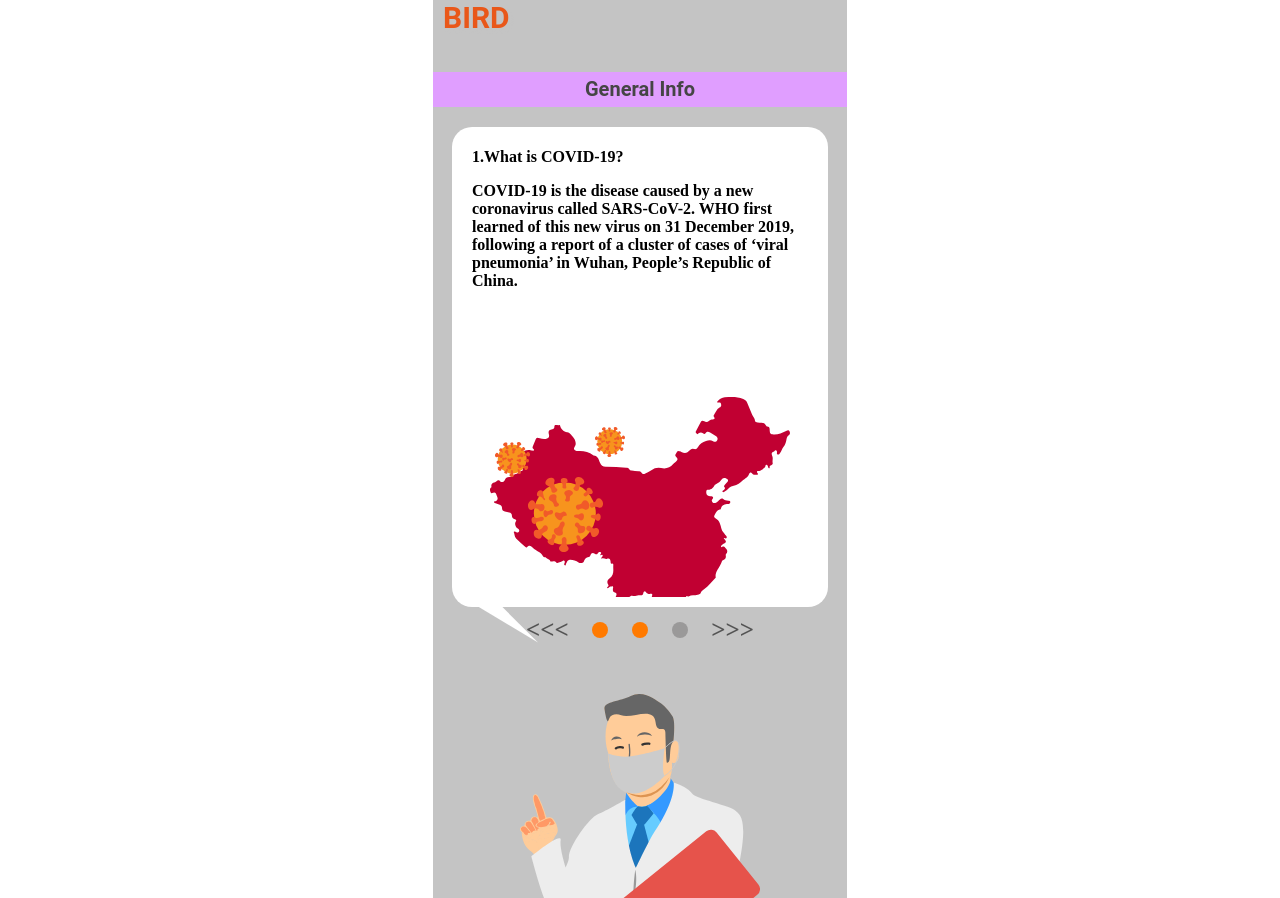
Repository: Levic559/BIRD
Page: General_info-1/1.html
These files come from the project's save history. The page is drawn as it stood at one moment and after a run of saves; the edit follows.
The browser window is 1280 px wide. The pictures show the whole page.

Above is the page before, as saved 2021-03-10 21:40:00.

### General_info-1/1.html
<!DOCTYPE html>
<html lang="en">
<head>
  <meta charset="UTF-8">
  <meta http-equiv="X-UA-Compatible" content="IE=edge">
  <meta name="viewport" content="width=device-width, initial-scale=1.0">
  <title>General Info 1-1</title>
  <link rel="stylesheet" href="../General_info_structure/mystyle.css">
</head>
<body>
  <div class="wrap">
    <div class="pages">
      <div class="header"></div>
      <div class="banner"></div>
      <div class="infographic">
        <h4 class="infographicQ"> 1.What is COVID-19?<br>
          <p>COVID-19 is the disease caused by a new coronavirus called SARS-CoV-2.  WHO first learned of this new virus on 31 December 2019, following a report of a cluster of cases of ‘viral pneumonia’ in Wuhan, People’s Republic of China.</p>
        </h4>
        <p class="infographicText">
        </p>
        <div class="infographicImg">
          <img src="../assets/wuhan.svg">
        </div>
        <div class="infographicImg2">
          <img src="../assets/virus.svg">
        </div>
        <div class="infographicImg3">
          <img src="../assets/virus.svg">
        </div>
        <div class="infographicImg4">
          <img src="../assets/virus.svg">
        </div>
      </div>
      <div class="triangle">
        <img src="../assets/chat-triangle.svg" class="triangleimg">
      </div>
      <div class="BtnPages"></div>
      <div class="Speaker">
        <img src="../assets/doctor-hand.svg" onmouseover="HandleDoctorOn()"
        onmouseout="HandleDoctorOut()" class="doctor">
      </div>
    </div>
</div>
</body>
<script src="../comps/Logo/index.js"></script>
<script src="../comps/Banner/index.js"></script>
<script src="../comps/BtnPages/index.js"></script>
<script src="1.js"></script>
<script>
        function HandleDoctorOn ()
  {
    document.querySelector(".doctor").src ="../assets/doctor.svg"
    document.querySelector(".doctor").style.width = "100%"
    document.querySelector(".doctor").style.height = "100%"
  }
  function HandleDoctorOut ()
  {
    document.querySelector(".doctor").src ="../assets/doctor-hand.svg"
    document.querySelector(".doctor").style.width = ""
    document.querySelector(".doctor").style.height = ""

  }
</script>
</html>

### General_info_structure/mystyle.css
body {
  margin: 0;
  padding: 0;
}

.wrap{
  width: 100vw;
  height: 100vh;
  box-sizing: border-box;
  position: relative;
  display: flex;
  flex-direction: row;
}
.pages{
  margin: 0 auto;
  width: 414px;
  height: 898px;
  display: flex;
  flex-direction: column;
  background-color: #C4C4C4;
  overflow: hidden;
}
.header{
  width: 414px;
  height: 85px;
  padding-left: 10px;
}
.banner{
  width: 414px;
  height: 35px;
  margin: 0 ;
  padding: 0;
}
.bgcWhite{
  background-color: #fff;
}

.infographic {
  width: 376px;
  min-height: 480px;
  max-height: 480px;
  margin-top: 20px;
  background-color: white;
  border-radius: 20px;
  align-self: center;
  display: flex;
  flex-direction: column;
  align-items: center;
  justify-content: space-between;
}

.triangle {
  width: 70px;
  height: 70px;
  overflow: hidden;
  position: relative;
  left: 35px;
  bottom: 15px;
}

.triangleimg {
  width: 100%;
  height: 100%;
}

.BtnPages {
  align-self: center;
  position: relative;
  bottom: 50px;
}

.Speaker {
  width: 240px;
  height: 240px;
  overflow: hidden;
  align-self: center;
}

.infographicImg{
  margin-bottom: 10px;
  width: 300px;
  height: 200px;
  overflow: hidden;
}
.infographicImg2{
  width: 35px;
  height: 35px;
  position: absolute;
  margin-top: 315px;
  margin-right: 255px;
  overflow: hidden;
}
.infographicImg3{
  width: 75px;
  height: 75px;
  position: absolute;
  margin-top: 350px;
  margin-right: 150px;
  overflow: hidden;
}
.infographicImg4{
  width: 30px;
  height: 30px;
  position: absolute;
  margin-top: 300px;
  margin-right: 60px;
  overflow: hidden;
}


.infographicQ {
  padding-left: 20px;
  padding-right: 20px;
}

.infographicText {
  font-size: 30px;
  padding-left: 20px;
  padding-right: 20px;
}

### comps/Logo/index.js
function LogoUI(fontSize="84",fontWeight="700", Scolor="grey"){
  return`
  <div style="
  font-size:${fontSize}px;
  font-weight:${fontWeight};
  font-family: Roboto;
  position:absolute;
  color:#E95719;
  text-shadow:3px 3px 3px ${Scolor} ;
  transition: opactity 0.3s; left 0.5s;
  opacity:1;
  onmouseover="LogoUI.HandleMouseover(this)";
  onmouseout="LogoUI.HandleMouseout(this)";
  onclick="LogoUI.Handleclick(this)";
  >BIRD</div>

  `
}

LogoUI.HandleMouseover = (el) =>{
  el.style.opacity = 0.75;
}

LogoUI.HandleMouseout = (el) =>{
  el.style.opacity = 1;
}

LogoUI.Handleclick = (el) =>{
  el.style.top = "-20px";
  el.style.fontSize="550%";
}

// export  const Logo = LogoUI();

### comps/Banner/index.js
function BannerUI(text="Covid-19"){
  return`
  <div style="
  width:414px;
  height:35px;
  font-size:20px;
  line-height: 35px;
  text-align: center;
  font-weight:700;
  font-family: Roboto;
  background-color:#E09EFF;
  color:#454545;
  ">${text}</div>

  `
}

// export  const Banner = BannerUI();

### comps/BtnPages/index.js
function BtnPagesUI (circleTwo="#9A9999", circleThree="#9A9999", lastPage="../General_info_structure/General_info-1.html", nextPage="../General_info_structure/General_info-1.html")
{
    return`
        <div style="
            display: flex;
            flex-direction: row;
            max-width: 228px;
            min-width: 228px;
            justify-content: space-between;
            align-items: center;
        ">
            <div style="
                font-size: 25px;
                font-weight: bold;
                color: #545454;
                transition: text-shadow 0.3s;
            "
            onmouseover='BtnPagesUI.HandleMouseOver1(this)'
            onmouseout='BtnPagesUI.HandleMouseOut1(this)'
            onclick='window.location.href="${lastPage}"'
            > <<< </div>

            <div style="
                width: 16px;
                height: 16px;
                border-radius: 50%;
                background-color: #FF7A00;
                transition: border 0.3s;
            "
            onmouseover='BtnPagesUI.HandleMouseOver2(this)'
            onmouseout='BtnPagesUI.HandleMouseOut2(this)'
            onclick='window.location.href="../General_info-1/1.html"'
            ></div>
            <div style="
                width: 16px;
                height: 16px;
                border-radius: 50%;
                background-color: ${circleTwo};
                transition: border 0.3s;
            "
            onmouseover='BtnPagesUI.HandleMouseOver2(this)'
            onmouseout='BtnPagesUI.HandleMouseOut2(this)'
            onclick='window.location.href="../General_info-3/1.html"'
            ></div>
            <div style="
                width: 16px;
                height: 16px;
                border-radius: 50%;
                background-color: ${circleThree};
                transition: border 0.3s;
            "
            onmouseover='BtnPagesUI.HandleMouseOver2(this)'
            onmouseout='BtnPagesUI.HandleMouseOut2(this)'
            onclick='window.location.href="../General_info-5/1.html"'
            ></div>

            <div style ="
                font-size: 25px;
                font-weight: bold;
                color: #545454;
                transition: text-shadow 0.3s;
            "
            onmouseover='BtnPagesUI.HandleMouseOver1(this)'
            onmouseout='BtnPagesUI.HandleMouseOut1(this)'
            onclick='window.location.href="${nextPage}"'
            > >>> </div>
        </div>
    `
}

BtnPagesUI.HandleMouseOver1 = (el) => {
    el.style.textShadow = "0px 0px 3px black"
}

BtnPagesUI.HandleMouseOut1 = (el) => {
    el.style.textShadow = "0px 0px 0px #545454"
}

BtnPagesUI.HandleMouseOver2 = (el) => {
    el.style.border = " 2px solid #545454"
}
BtnPagesUI.HandleMouseOut2 = (el) => {
    el.style.border = " 0px solid #545454"
}



//export const BtnPages = BtnPagesUI()

### General_info-1/1.js
document.querySelector(".header").innerHTML += LogoUI(30,700, "#C4C4C4");
document.querySelector(".banner").innerHTML += BannerUI("General Info");
document.querySelector(".BtnPages").innerHTML += BtnPagesUI("#FF7A00", "#9A9999");

After the next 2 saves:
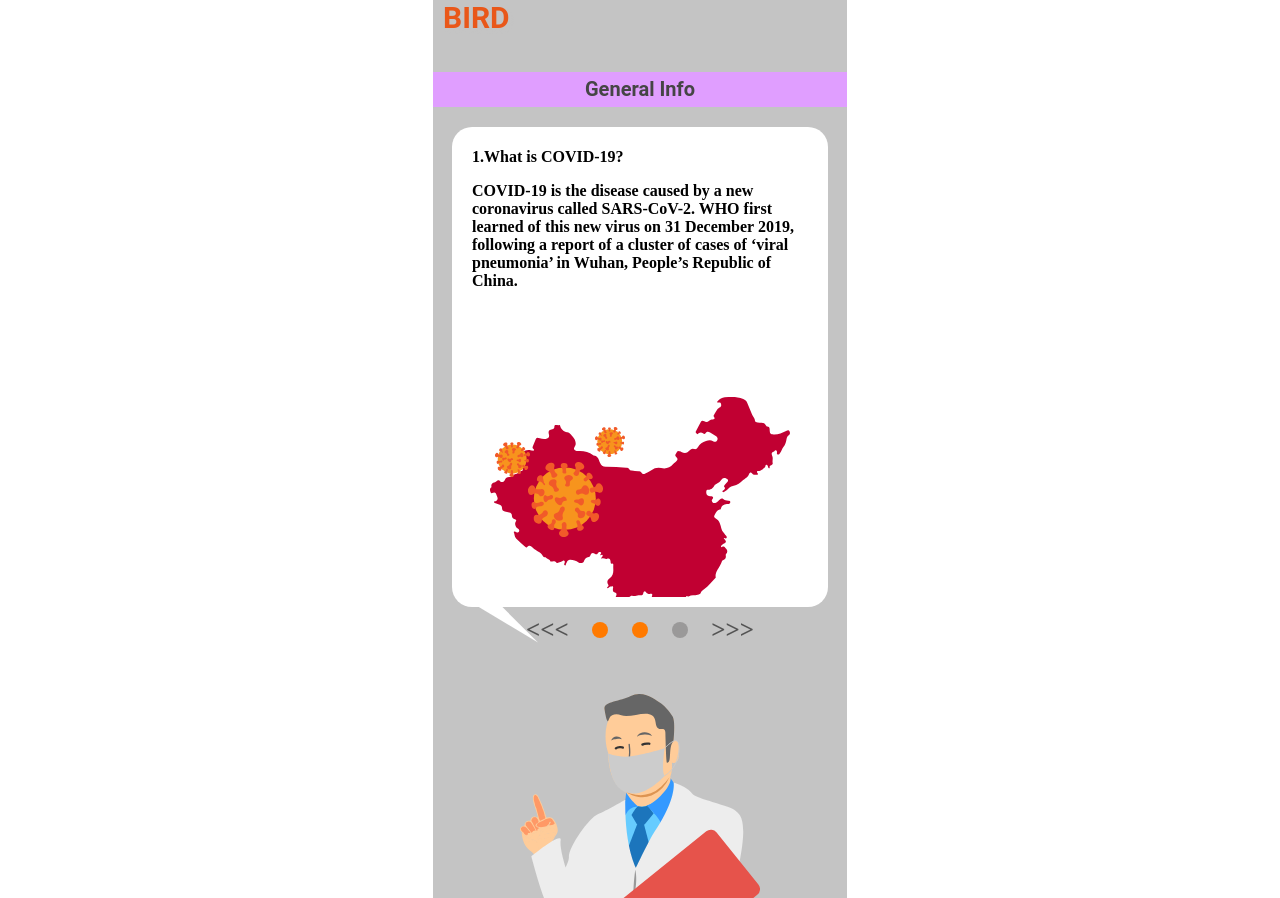
The 2 saves are shown as one change because they came seconds apart.
The last was saved 9 s later.
--- a/General_info_structure/mystyle.css
+++ b/General_info_structure/mystyle.css
@@ -94,7 +94,7 @@ body {
   width: 75px;
   height: 75px;
   position: absolute;
-  margin-top: 350px;
+  margin-top: 335px;
   margin-right: 150px;
   overflow: hidden;
 }
